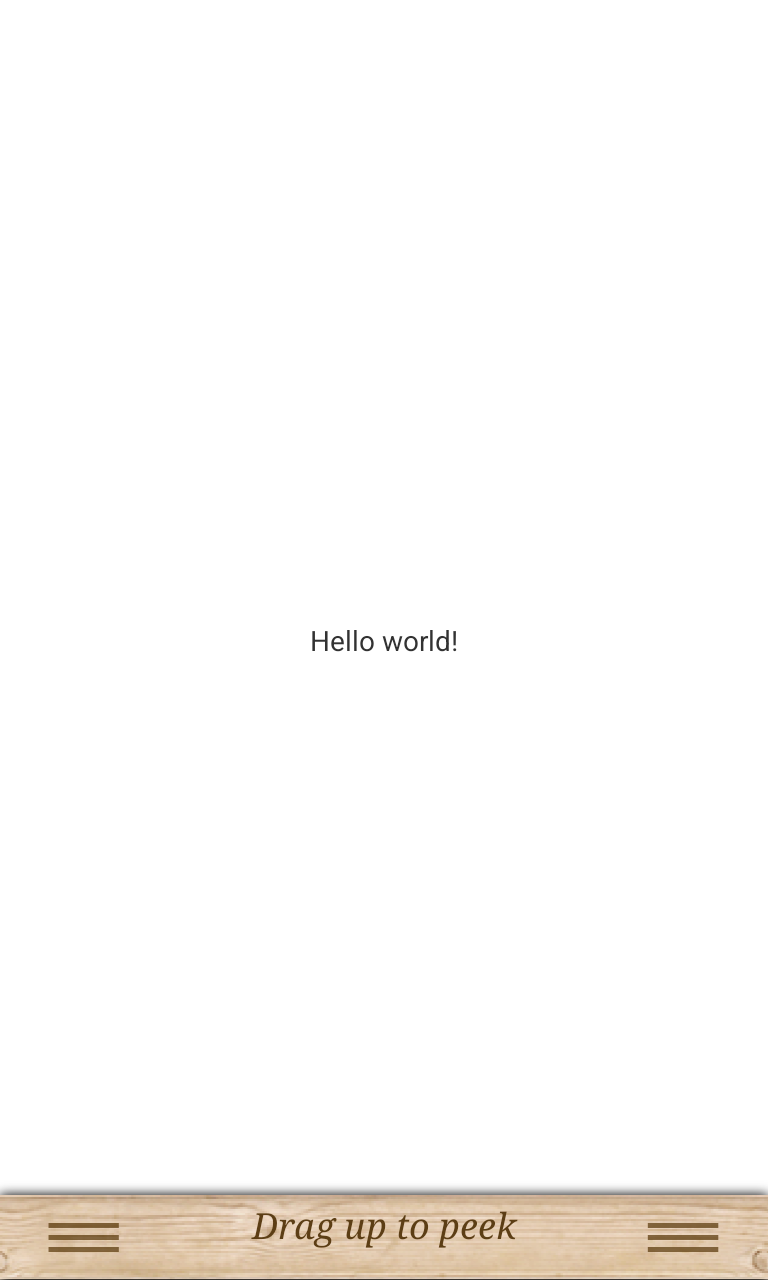
Repository: CrisFeo/JacksonPass
Layout: Android/Passwarp/res/layout/activity_main.xml
The author's editor kept a copy of each file at every save. The layout is drawn from the files as they stood at one save, then again after the next save.
It is drawn on a 768 x 1280 px phone screen (xhdpi) without system bars, with theme AppTheme; the app's code is not run.

Above is the layout before, as saved 2012-09-15 23:45:59.

### Android/Passwarp/res/layout/activity_main.xml
<RelativeLayout xmlns:android="http://schemas.android.com/apk/res/android"
    xmlns:tools="http://schemas.android.com/tools"
    android:layout_width="match_parent"
    android:layout_height="match_parent" >

    <TextView
        android:layout_width="wrap_content"
        android:layout_height="wrap_content"
        android:layout_centerHorizontal="true"
        android:layout_centerVertical="true"
        android:text="@string/hello_world"
        tools:context=".MainActivity" />

    <SlidingDrawer
        android:id="@+id/slidingDrawer1"
        android:layout_width="match_parent"
        android:layout_height="match_parent"
        android:layout_alignParentTop="true"
        android:layout_centerHorizontal="true"
        android:bottomOffset="11dip"
        android:content="@+id/content"
        android:handle="@+id/handle" >

        <Button
            android:id="@+id/handle"
            android:layout_width="match_parent"
            android:layout_height="wrap_content"
            android:background="@drawable/tileable_wood_texture_2x_crop_h"
            android:paddingBottom="15dip"
            android:text="Drag up to peek"
            android:textColor="#5C3E15"
            android:textStyle="italic"
            android:typeface="serif" />

        <LinearLayout
            android:id="@+id/content"
            android:layout_width="match_parent"
            android:layout_height="109dp"
            android:orientation="vertical" >

            <TableLayout
                android:id="@+id/tablelayout"
                android:layout_width="match_parent"
                android:layout_height="match_parent"
                android:background="@drawable/backrepeat" >


            </TableLayout>
        </LinearLayout>
    </SlidingDrawer>

</RelativeLayout>

### Android/Passwarp/res/values/strings.xml
<resources>

    <string name="app_name">PassAdapt</string>
    <string name="hello_world">Hello world!</string>
    <string name="menu_settings">Settings</string>
    <string name="title_activity_main">PassAdapt</string>

</resources>

### Android/Passwarp/res/drawable-xhdpi/backrepeat.xml
<bitmap xmlns:android="http://schemas.android.com/apk/res/android"
    android:dither="true"
    android:src="@drawable/tileable_wood_texture_2x"
    android:tileMode="repeat" />

### Android/Passwarp/res/drawable-xhdpi/backrepeat2.xml
<bitmap xmlns:android="http://schemas.android.com/apk/res/android"
    android:dither="true"
    android:src="@drawable/dark_wood_2x"
    android:tileMode="repeat" />

Loaded but not shown: Android/Passwarp/res/values-v11/styles.xml (common file); Android/Passwarp/res/values-v14/styles.xml (common file); Android/Passwarp/res/values/styles.xml (common file)

After the next save:
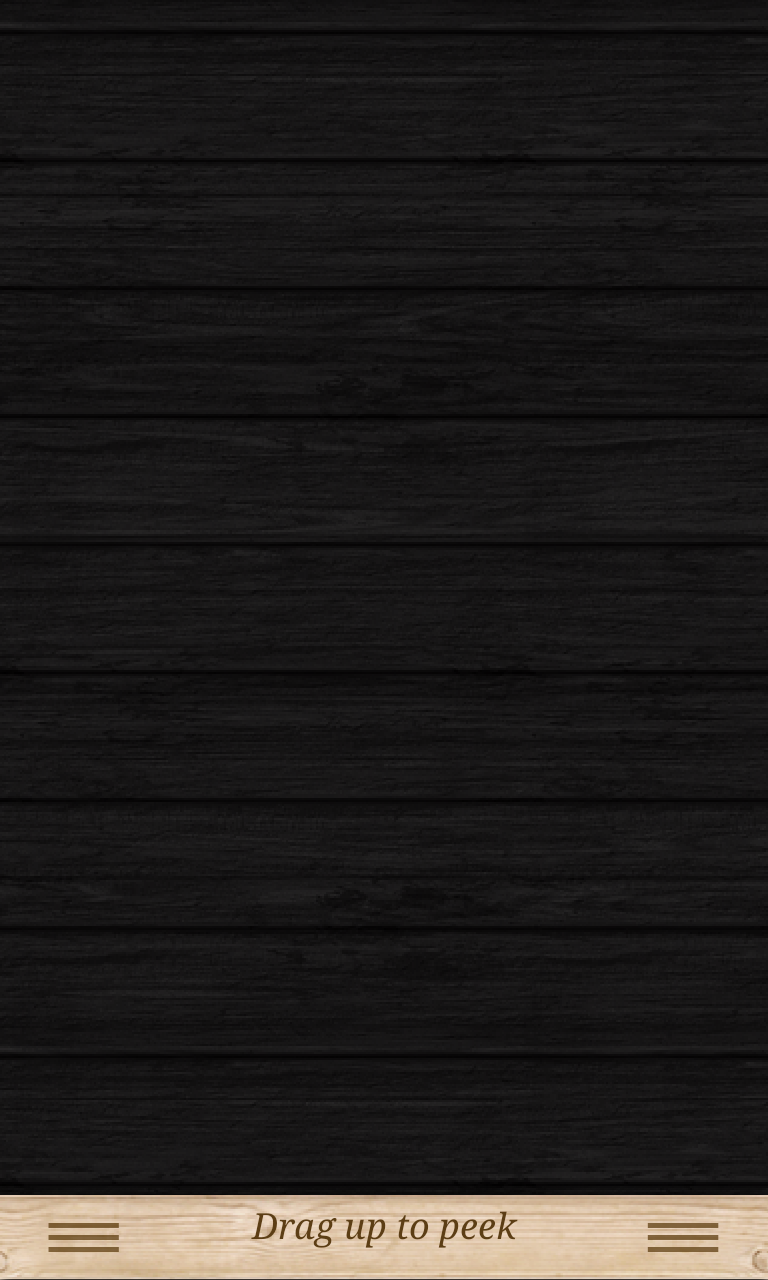
Saved 2 min 50 s later.
--- a/Android/Passwarp/res/layout/activity_main.xml
+++ b/Android/Passwarp/res/layout/activity_main.xml
@@ -1,15 +1,8 @@
 <RelativeLayout xmlns:android="http://schemas.android.com/apk/res/android"
     xmlns:tools="http://schemas.android.com/tools"
     android:layout_width="match_parent"
-    android:layout_height="match_parent" >
-
-    <TextView
-        android:layout_width="wrap_content"
-        android:layout_height="wrap_content"
-        android:layout_centerHorizontal="true"
-        android:layout_centerVertical="true"
-        android:text="@string/hello_world"
-        tools:context=".MainActivity" />
+    android:layout_height="match_parent"
+    android:background="@drawable/backrepeat2" >
 
     <SlidingDrawer
         android:id="@+id/slidingDrawer1"
